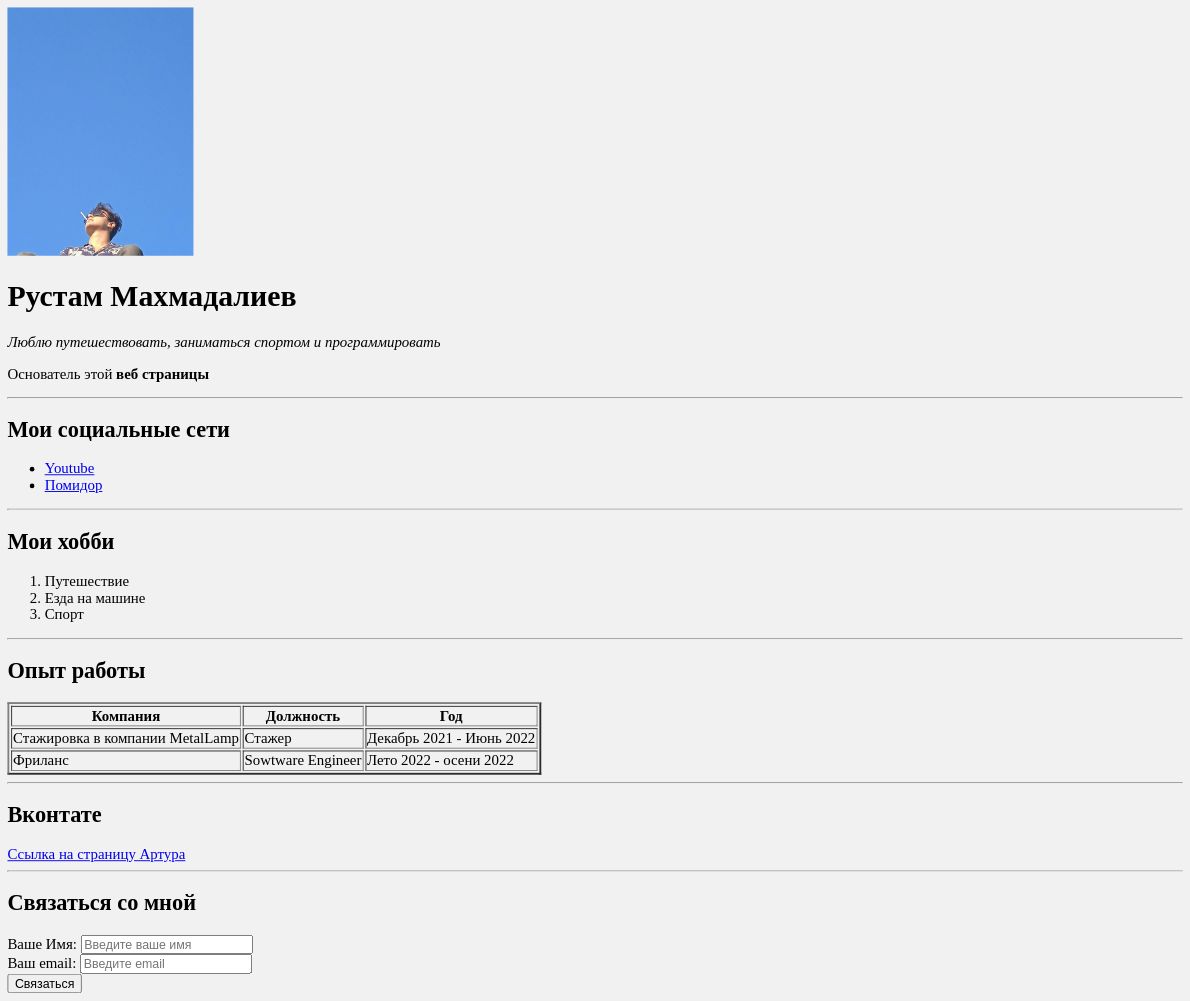
Repository: RustamMakh/html
Page: index.html
These files come from the project's save history. The page is drawn as it stood at one moment and after the next save; the edit follows.
The browser window is 1280 px wide. The pictures show the whole page, at 93% of full size.

Above is the page before, as saved 2022-06-13 20:47:12.

### index.html
<!DOCTYPE html>
<html lang="ru">
<head>
    <meta charset="UTF-8">
    <meta http-equiv="X-UA-Compatible" content="IE=edge">
    <meta name="viewport" content="width=device-width, initial-scale=1.0">
    <title>Rustam resume</title>
    <link rel="stylesheet" href="styles.css">
</head>
 <body>
  <img src="avatar.jpg" alt="Тут моя фотка" width="200">
  <h1>Рустам Махмадалиев</h1>
  <p><em>Люблю путешествовать, заниматься спортом и программировать</em></p>
  <p>Основатель этой <strong>веб страницы</strong></p>
  <hr>

  <h2>Мои социальные сети</h2>
  <ul>
      <li> <a href="https://www.youtube.com/watch?v=DOEtVdkKwcU" target="_blank">Youtube </a></li>
      <li> <a href="https://bakunin.com/pomidor/" target="_blank">Помидор </a></li>
    </ul>
    <hr>

  <h2>Мои хобби</h2>
  <ol>
      <li>Путешествие</li>
      <li>Езда на машине</li>
      <li>Спорт</li>
  </ol>
  <hr>

  <h2>Опыт работы</h2>
  <table border="2">
    <tr>
      <th>Компания</th>
      <th>Должность</th>
      <th>Год</th>
    </tr>
    <tr>
      <td>Стажировка в компании MetalLamp</td>
      <td>Стажер</td>
      <td>Декабрь 2021 - Июнь 2022</td>
    </tr>
    <tr>
      <td>Фриланс</td>
      <td>Sowtware Engineer</td>
      <td>Лето 2022 - осени 2022</td>
    </tr>
  </table>
  <hr>

  <h2>Вконтате</h3>
  <a href="Вконтакте.html">Ссылка на страницу Артура</a>
  <hr>

  <h2>Связаться со мной</h2>
  <form action="/"
  <label for="name">Ваше Имя:</label>
  <input type="text" id="name" placeholder="Введите ваше имя">
<br>
  <label for="email">Ваш email:</label>
  <input type="email" id="email" placeholder="Введите email">
<br>
  <input type="submit" value="Связаться">
</body>
</html>

### styles.css
body{
    background-color: #f1f1f1;
}

After the next save:
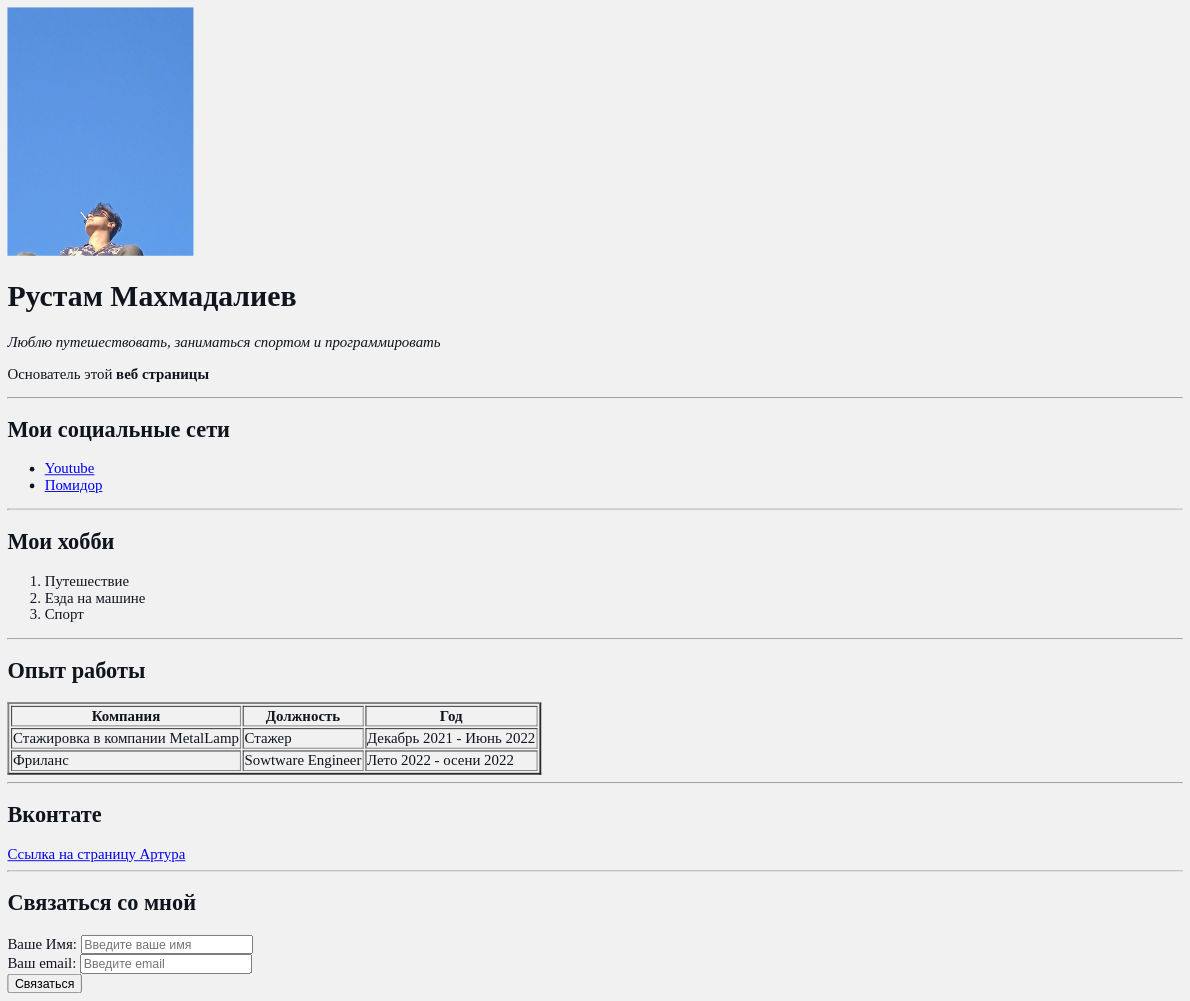
Saved 6 min 9 s later.
--- a/styles.css
+++ b/styles.css
@@ -1,3 +1,4 @@
 body{
     background-color: #f1f1f1;
+    color: #0f141e;
 }

After the save that followed:
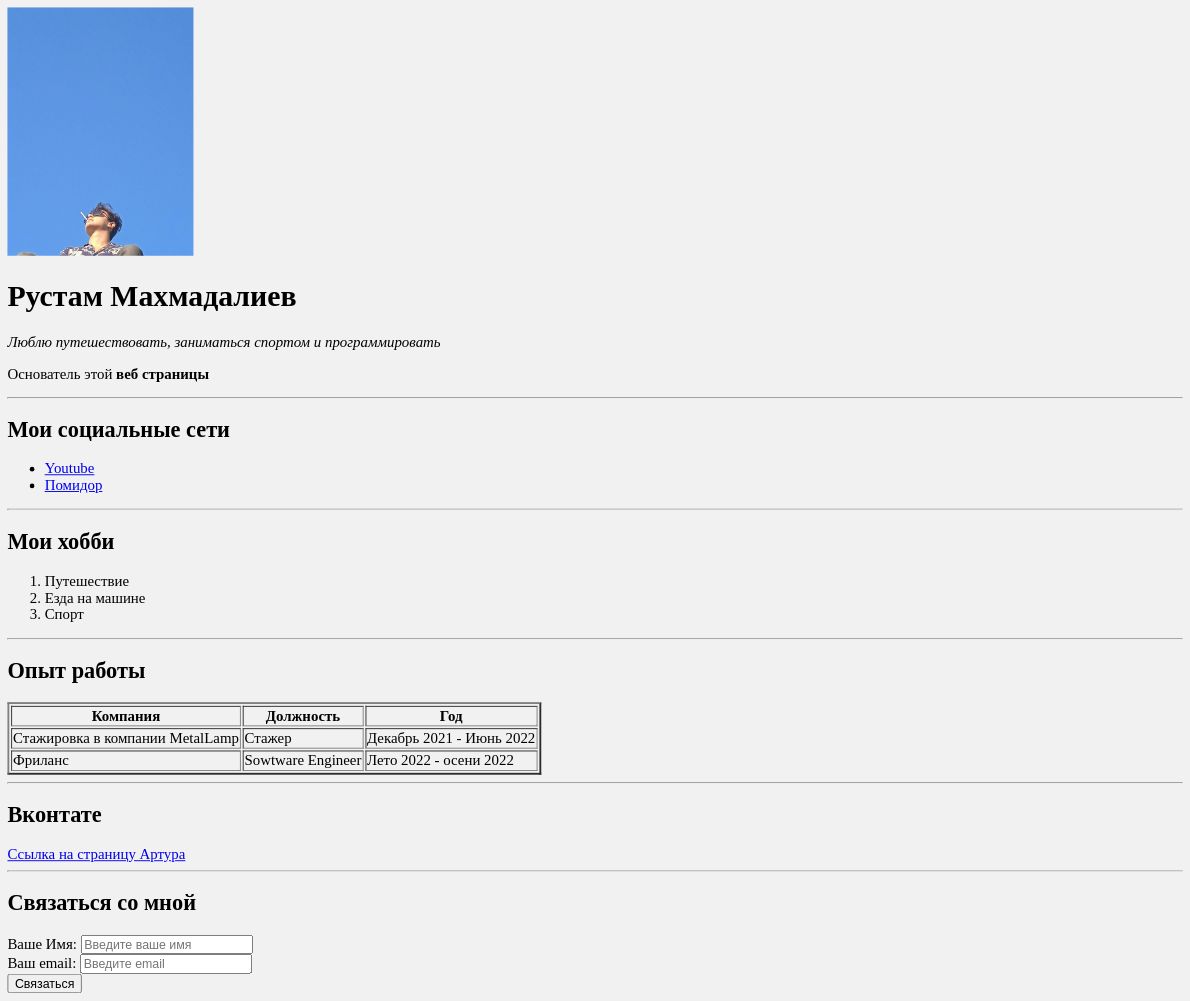
Saved 10 s later.
--- a/styles.css
+++ b/styles.css
@@ -1,4 +1,4 @@
 body{
     background-color: #f1f1f1;
-    color: #0f141e;
+    color: #0f141;
 }
